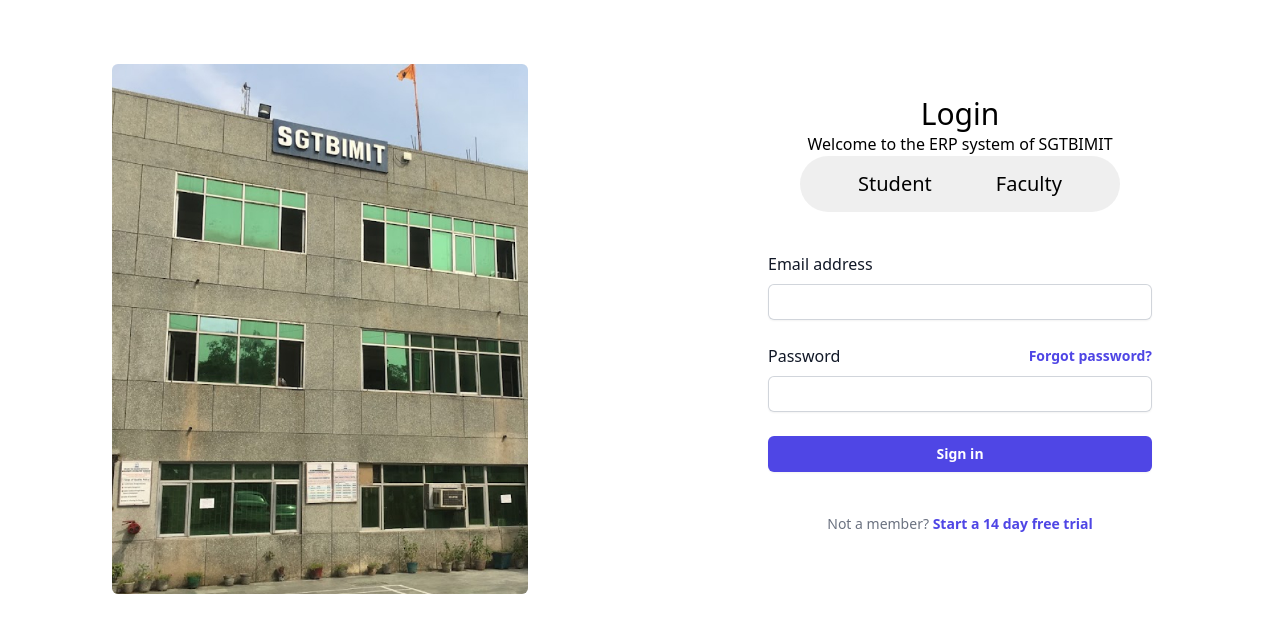
Repository: SehajBindra/SGTBIMIT-ERP-Client
Page: /StudentLogin
An editor plug-in stored every save of this project. The page is shown before and after the next save, followed by the edit.
The browser window is 1280 px wide. The pictures show the whole page.
The project was rebuilt for these pictures with package versions that can differ from the ones it lists, and the page was loaded fresh each time. Also part of the build but not shown: src/LOGIN/Login.js, src/LOGIN/FACULTY/FacultyLogin.js, src/STUDENT_PAGE/StuBody.js, src/STUDENT_PAGE/StuSidebar.js, src/STUDENT_PAGE/StuHeader.js, src/STUDENT_PAGE/StudentHome.js, src/FACULTY_PAGE/FacBody.js, src/FACULTY_PAGE/FacHeader.js and 2 more.

Above is the page before, as saved 2023-05-14 15:53:47.

### src/App.js
import React from 'react';
import { BrowserRouter as Router, Routes, Route } from "react-router-dom";
import './App.css';
import Login from './LOGIN/Login';
import StudentLogin from './LOGIN/STUDENT/StudentLogin';
import FacultyLogin from './LOGIN/FACULTY/FacultyLogin';
import StuBody from './STUDENT_PAGE/StuBody';
import StudentHome from './STUDENT_PAGE/StudentHome';
import StuSidebar from './STUDENT_PAGE/StuSidebar';
import StuHeader from './STUDENT_PAGE/StuHeader';
import FacBody from './FACULTY_PAGE/FacBody';
import FacHeader from './FACULTY_PAGE/FacHeader';
import FacSidebar from './FACULTY_PAGE/FacSidebar';
import FacultyHome from './FACULTY_PAGE/FacultyHome';
function App() {
  return (
    <div className="App">
      <Router>
        <Routes>
        <Route exact path="/" element={<Login />}></Route>
        <Route exact path="StudentLogin" element={<StudentLogin/>}></Route>
        <Route exact path="FacultyLogin" element={<FacultyLogin/>}></Route>
        <Route exact path="StuBody" element={<StuBody/>}></Route>
        <Route exact path="StuSidebar" element={<StuSidebar/>}></Route>
        <Route exact path="StuHeader" element={<StuHeader/>}></Route>
        <Route exact path="StudentHome" element={<StudentHome/>}></Route>
        <Route exact path="FacBody" element={<FacBody/>}></Route>
        <Route exact path="FacHeader" element={<FacHeader/>}></Route>
        <Route exact path="FacSidebar" element={<FacSidebar/>}></Route>
        <Route exact path="FacultyHome" element={<FacultyHome/>}></Route>
        </Routes>
      </Router>
    </div>
  );
}

export default App;

### src/LOGIN/STUDENT/StudentLogin.js
import React, { useEffect, useState } from "react";
import VisibilityIcon from "@mui/icons-material/Visibility";
import VisibilityOffIcon from "@mui/icons-material/VisibilityOff";

const StudentLogin = () => {
  const [translate, setTranslate] = useState(false);
  const [username, setUsername] = useState("");
  const [password, setPassword] = useState("");
  const [showPassword, setShowPassword] = useState(false);
  const [loading] = useState(false);

  useEffect(() => {
    setTimeout(() => {
      setTranslate(true);
    }, 1000);
  }, []);

  return (
    <div className=" grid grid-cols-4 h-[530px] my-16 mx-auto max-w-7xl ">
      <div className=" col-span-2">
        <img
          className="hidden md:inline h-[530px] object-cover rounded-md"
          src="/sgtb.jpg"
          alt="banner_image"
        />
      </div>

      <div className="bg-white  col-span-2 my-8">
        <h2 className="text-3xl">Login</h2>
        <p>Welcome to the ERP system of SGTBIMIT</p>

        <div
          className="flex flex-row items-center mx-auto justify-center h-[56px] text-[#
            1B449C] bg-[#EEEE] max-w-xs  space-x-16 capitalize text-[20px] rounded-[32px]"
        >
          <p>student</p>
          <p className="">faculty</p>
        </div>

        <div>
          <div className="mt-10 text-[16px] sm:mx-auto sm:w-full sm:max-w-sm">
            <form className="space-y-6" action="#" method="POST">
              <div>
                <label className="block text-left  font-medium leading-6 text-gray-900">
                  Email address
                </label>
                <div className="mt-2">
                  <input
                    id="email"
                    name="email"
                    type="email"
                    autoComplete="email"
                    required
                    className="block w-full rounded-md border-0 py-1.5 text-gray-900 shadow-sm ring-1 ring-inset ring-gray-300 placeholder:text-gray-400 focus:ring-2 focus:ring-inset focus:ring-indigo-600 sm:text-sm sm:leading-6"
                  />
                </div>
              </div>

              <div>
                <div className="flex items-center justify-between">
                  <label
                    htmlFor="password"
                    className="block  font-medium leading-6 text-gray-900"
                  >
                    Password
                  </label>
                  <div className="text-sm">
                    <a
                      href="#"
                      className="font-semibold text-indigo-600 hover:text-indigo-500"
                    >
                      Forgot password?
                    </a>
                  </div>
                </div>
                <div className="mt-2">
                  <input
                    id="password"
                    name="password"
                    type="password"
                    autoComplete="current-password"
                    required
                    className="block w-full rounded-md border-0 py-1.5 text-gray-900 shadow-sm ring-1 ring-inset ring-gray-300 placeholder:text-gray-400 focus:ring-2 focus:ring-inset focus:ring-indigo-600 sm:text-sm sm:leading-6"
                  />
                </div>
              </div>

              <div>
                <button
                  type="submit"
                  className="flex w-full justify-center rounded-md bg-indigo-600 px-3 py-1.5 text-sm font-semibold leading-6 text-white shadow-sm hover:bg-indigo-500 focus-visible:outline focus-visible:outline-2 focus-visible:outline-offset-2 focus-visible:outline-indigo-600"
                >
                  Sign in
                </button>
              </div>
            </form>

            <p className="mt-10 text-center text-sm text-gray-500">
              Not a member?{" "}
              <a
                href="#"
                className="font-semibold leading-6 text-indigo-600 hover:text-indigo-500"
              >
                Start a 14 day free trial
              </a>
            </p>
          </div>
        </div>
      </div>
    </div>
  );
};

export default StudentLogin;

### src/LOGIN/Login.css
*{
    margin: 0;
    padding: 0;
}
.display{
    min-height: 100vh;
    width: 100%;
    background-image: url("back.jpg");
    background-repeat: no-repeat;
    background-size: cover;
    background-position: center;
    position: relative;

}

Loaded but not shown: public/index.html (common file); src/index.js (common file); src/index.css (common file); src/App.css (common file); tailwind.config.js (common file)

After the next save:
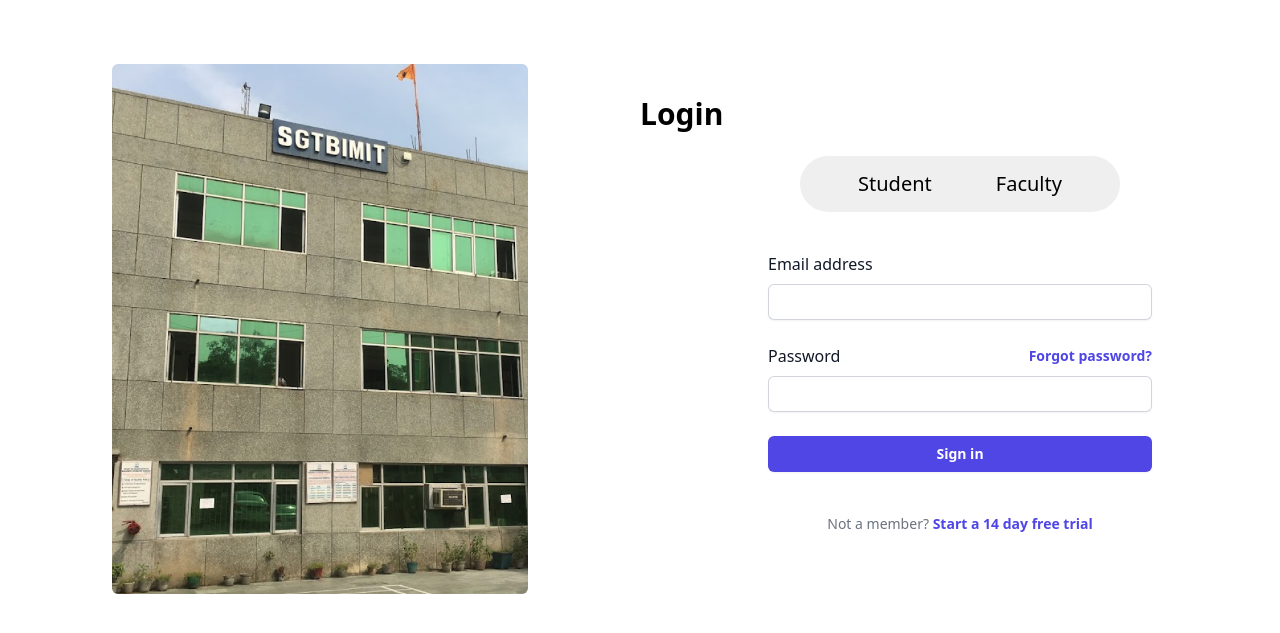
Saved 54 s later.
--- a/src/LOGIN/STUDENT/StudentLogin.js
+++ b/src/LOGIN/STUDENT/StudentLogin.js
@@ -26,8 +26,8 @@
       </div>
 
       <div className="bg-white  col-span-2 my-8">
-        <h2 className="text-3xl">Login</h2>
-        <p>Welcome to the ERP system of SGTBIMIT</p>
+        <h2 className="text-3xl text-left font-semibold">Login</h2>
+        <p className="text-white/80">Welcome to the ERP system of SGTBIMIT</p>
 
         <div
           className="flex flex-row items-center mx-auto justify-center h-[56px] text-[#
